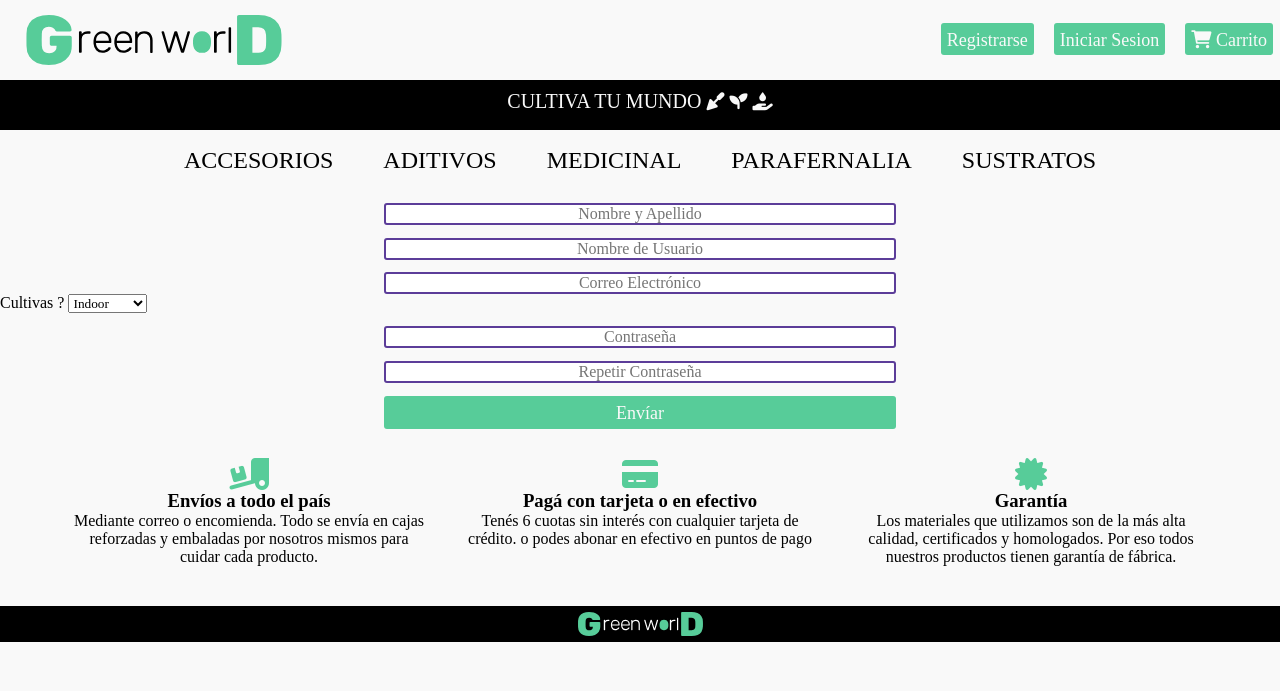
Repository: francoG98/grupo_9_Green_World
Page: source/views/register.html
An editor plug-in stored every save of this project. The page is shown before and after the next save, followed by the edit.
The browser window is 1280 px wide. The pictures show the whole page.
Some web fonts or font styles are not loaded; a fallback is used. Some web libraries are served in a nearby version.

Above is the page before, as saved 2022-06-24 20:20:08.

### source/views/register.html
<!DOCTYPE html>
<html lang="en">
<head>
    <meta charset="UTF-8">
    <meta http-equiv="X-UA-Compatible" content="IE=edge">
    <meta name="viewport" content="width=device-width, initial-scale=1.0">
    <title>Green World</title>

    <link rel="preconnect" href="https://fonts.googleapis.com">
<link rel="preconnect" href="https://fonts.gstatic.com" crossorigin>
<link href="https://fonts.googleapis.com/css2?family=Abel&family=Anek+Gujarati:wght@100;200;300;400;500;600;700;800&display=swap" rel="stylesheet">
<link rel="stylesheet" href="https://cdnjs.cloudflare.com/ajax/libs/font-awesome/6.1.1/css/all.min.css" integrity="sha512-KfkfwYDsLkIlwQp6LFnl8zNdLGxu9YAA1QvwINks4PhcElQSvqcyVLLD9aMhXd13uQjoXtEKNosOWaZqXgel0g==" crossorigin="anonymous" referrerpolicy="no-referrer" />
<link rel="stylesheet" href="/css/main-register.css">
<link rel="stylesheet" href="/css/header.css">
<link rel="stylesheet" href="/css/footer.css">

</head>
<body>
    <header>
        <div class="header-top-bar">
            <figure>
                <a href="/"><img src="/assets/logo-edu.svg" alt="Logo Green World" class="header-logo"></a>
            </figure>
            <div class="chart-burger">
                <a href="/chart" >
                    <i class="fa-solid fa-basket-shopping"></i>
                </a>
                <a href="" >
                    <i class="fas fa-bars"></i>
                </a>
            </div>
            <nav class="header-top-nav-bar">
                <ul>
                    <li><a href="/register">Registrarse</a> </li>
                    <li><a href="/login">Iniciar Sesion</a></li>
                    <li><a href="/chart"><i class="fa-solid fa-cart-shopping"></i>  Carrito</a></li>
                </ul>
            </nav>
        </div>
        <h2>CULTIVA TU MUNDO   <i id="pala" class="fa-solid fa-trowel"></i>    <i id="planta" class="fa-solid fa-seedling"></i>    <i id="agua" class="fa-solid fa-hand-holding-droplet"></i></h2>



        <nav class="header-bottom-nav-bar">
            <ul>
                <li ><a href="/accesorios">ACCESORIOS</a></li>
                <li ><a href="/aditivos">ADITIVOS</a></li>
                <li ><a href="/medicinal">MEDICINAL</a></li>
                <li ><a href="/parafernalia">PARAFERNALIA</a></li>
                <li ><a href="/sustratos">SUSTRATOS</a></li>
            </ul>
        </nav>
    </header>
    <main>
          <form method="post" action="">
            <p>
                <input type="text" name="nombre-apellido" placeholder="Nombre y Apellido" required>
            </p>
            <p>
                <input type="text" name="usuario" placeholder="Nombre de Usuario" required>
            </p>
            <p>
                <input type="mail" name="mail" placeholder="Correo Electrónico" required>
            </p>
            <p>
                <label for="cultivo"> Cultivas ?</label>
                    <select name="cultivo" id="cultivo" required>
                        <option value="Indoor">Indoor</option>
                        <option value="outdoor">Outdoor</option>
                        <option value="ambas">ambas</option>
                        <option value="ninguna">No cultivo</option>
                    </select>
            </p>
            <p>
                <input type="password" name="password" placeholder="Contraseña" required>
            </p>
            <p>
                <input type="password" name="repetir-password" placeholder="Repetir Contraseña" required>
            </p>
            <a href="./home.html"><button type="submit" name="registrar"> Envíar </button></a>
    </main>
    <footer>
        <div class="footer-top-bar">
            <section>
                <i class="fa-solid fa-truck-ramp-box"></i>
                <h3>Envíos a todo el país</h3>
                <p>Mediante correo o encomienda. Todo se envía en cajas reforzadas y embaladas por nosotros mismos para cuidar cada producto.</p>
            </section>
            <section>
                <i class="fa-solid fa-credit-card"></i>
                <h3>Pagá con tarjeta o en efectivo</h3>
                <p>Tenés 6 cuotas sin interés con cualquier tarjeta de crédito. o podes abonar en efectivo en
                    puntos de pago</p>
            </section>
            <section>
                <i class="fa-solid fa-certificate"></i>
                <h3>Garantía</h3>
                <p>Los materiales que utilizamos son de la más alta calidad, certificados y homologados. Por eso todos nuestros productos tienen garantía de fábrica.</p>
            </section>
        </div>
        <div class="footer-bottom-bar">
            <a href="/"><img src="/assets/logo-blanco-57cc99.svg" alt="Logo Green World" class="header-logo"></a>


        </div>
    </footer>

</body>
</html>

### public/css/main-register.css
*{
    margin: 0px;
    padding: 0px;
    box-sizing: border-box;
    font-family: "Anek Gujarati";
    }
a button{
    text-decoration: none;
        font-size: 18px;
        color:#f9f9f9;
        background-color:#57CC99;
        Width: 40%;
        padding:7px 6px 5px 6px;
        border: none;
        transition: opacity 200ms;
        justify-content: center;
        text-align: center;
        margin-left: 30%;
        margin-top: 1%;
        border-radius: 3px;
}
input{
    margin-left: 30%;
    margin-top: 1%;
    border: 2px solid #5c3d99;
    width: 40%;
    text-align: center;
    font-size: 16px;
    border-radius: 3px;
     ;

}

### public/css/header.css
*{
    margin: 0px;
    padding: 0px;
    box-sizing: border-box;
    font-family: "Anek Gujarati";
    }
header{
    height:72px
}
.header-top-bar{
    display: flex;
    flex-wrap: wrap;
    /*
    background-color: #af95e2;*/
    background-color: #f9f9f9;
    align-items: center;
    justify-content: space-between;
    height: 40px;
    width:100vw;

}
.header-top-bar figure{
    width: 220px;
    height: 32px;;
    margin: 4px;

}
.header-logo{
    width: 100%;
    height:32px;


}
header h2{
    width: 100%;
    text-align: center;
    font-weight: normal;;
    background-color:black;
    color: #f9f9f9;;
    font-size: 18px;
    height:32px;;
    padding-top:6px


}

nav.header-top-nav-bar{
    width: 100%;
    order:3;
}

div.chart-burger{
    display: flex;
    justify-content: flex-end;
    align-items: center;
    gap: 5px;
    margin: 4px 10px;

}
div.chart-burger a{
    text-align:center;
    color:#f9f9f9;;
    /*
    background-color: #3e0b5e;*/
    background-color: #57CC99;
    box-sizing: border-box;
    height:32px;
    font-size: 18px;
    width: 32px;
    padding-top:4.4px;
    border-radius: 3px

}


nav.header-top-nav-bar ul{
    list-style: none;
    margin: 0 ;
    padding: 0;
    display: none;
    justify-content: space-between;
    flex-wrap: wrap;
}
nav.header-top-nav-bar ul li{
    width: 50%
}


.header-bottom-nav-bar ul{
    list-style: none;
    margin: 0 ;
    padding: 0;
    display: none

}

@media(min-width:768px){
    .header-top-nav-bar{
        display: none;
        order: 2;
        width: 100vw
    }

}
@media(min-width:1024px){
    body{background-color: #f9f9f9;

    }
    header{
        background-color: #f9f9f9;
        height: auto

    }
    .header-top-bar{
        display: flex;
        flex-wrap: wrap;
        background-color: #f9f9f9;
        align-items: center;
        justify-content: space-between;
        height: 80px;
        width:100vw;
        max-width: 1400px;
        margin:auto
    }
    .header-top-bar figure{
        width: 300px;
        height: 50px

    }
    .header-logo{
        height:100%;
    }

    nav.header-top-nav-bar{
        height:40px;
        align-items: center;
        display:flex;
        justify-content: flex-end;
        width:auto
    }

    div.chart-burger{
        display: none;
        order:5;
        width: 100%
    }
    nav.header-top-nav-bar ul{
        list-style: none;
        padding: 0;
        display: flex;
        justify-content: flex-end;
        align-items: center;
        flex-wrap: wrap;
        gap: 20px;
        text-decoration: none;
        margin:7px;
        order:3
    }
    nav.header-top-nav-bar ul li {
        width: auto;
    }
    nav.header-top-nav-bar ul li a{
        text-decoration: none;
        font-size: 18px;
        color:#f9f9f9;
        background-color:#57CC99;
        padding:7px 6px 5px 6px;
        border-radius:3px;
        transition: opacity 200ms
    }

    nav.header-top-nav-bar ul li a:hover{
        opacity: 0.7
    }
    header h2{
        width: 100%;
        height: 50px;
        padding-top: 10px;
        font-weight: normal;
        background-color:black;
        color: #f9f9f9;
        font-size: 20px;

    }
    #pala{
        transition: color 500ms, font-size 500ms
    }
    #pala:hover{
        color:#f65a5a;
        font-size: 40px
    }
    #planta{
        transition: color 500ms, font-size 500ms
    }
    #planta:hover{
        color:#80ed99;
        font-size: 40px
    }
    #agua{
        transition: color 500ms, font-size 500ms
    }
    #agua:hover{
        color:#90c0e0;
        font-size: 40px
    }


    .header-bottom-nav-bar ul{

        display: flex;
        justify-content: center;
        align-items: center;
        gap: 50px;
        height: 60px
    }
    .header-bottom-nav-bar ul a{
        text-decoration: none;
        font-size: 24px;
        color: black;

        transition: font-size 200ms
    }
    .header-bottom-nav-bar ul a:hover{
        font-size:30px;
        font-weight: 500;
        color: #57CC99
    }
}

### public/css/footer.css
footer{
    background-color:#f9f9f9

}
.footer-top-bar{
    display:flex;
    flex-wrap:wrap
}
.footer-top-bar section{
    width:100%;
    text-align: center;
    padding:10px
}

.footer-top-bar section i{
    color:#57CC99;
    font-size: 2em;
    line-height:10px;
    margin: auto;
    }
.footer-top-bar section h3{
font-weight:700
}
.footer-top-bar section p{
    font-family:"Abel"
}
.footer-bottom-bar{
    background-color:black;

}
.footer-bottom-bar a{
    display: flex;
    justify-content: center;
    align-content: center;
    padding:6px
}
.footer-bottom-bar a img{
    max-width:125px
}

@media(min-width:768px){
    .footer-top-bar{
        display:flex;
        justify-content: center;
        gap: 10px;
        padding: 30px 5px
    }
    .footer-top-bar section{
        width: 30%
    }


}

After the next save:
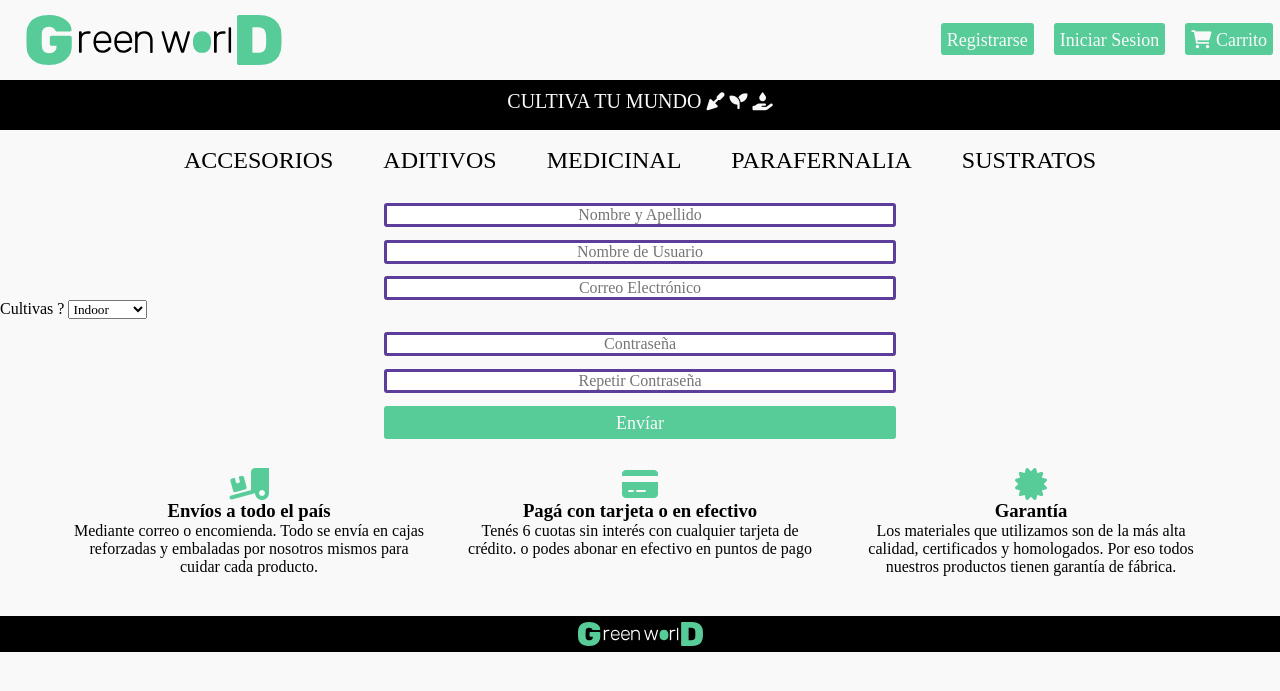
Saved 22 s later.
--- a/public/css/main-register.css
+++ b/public/css/main-register.css
@@ -22,7 +22,7 @@ a button{
 input{
     margin-left: 30%;
     margin-top: 1%;
-    border: 2px solid #5c3d99;
+    border: 3px solid #5c3d99;
     width: 40%;
     text-align: center;
     font-size: 16px;
